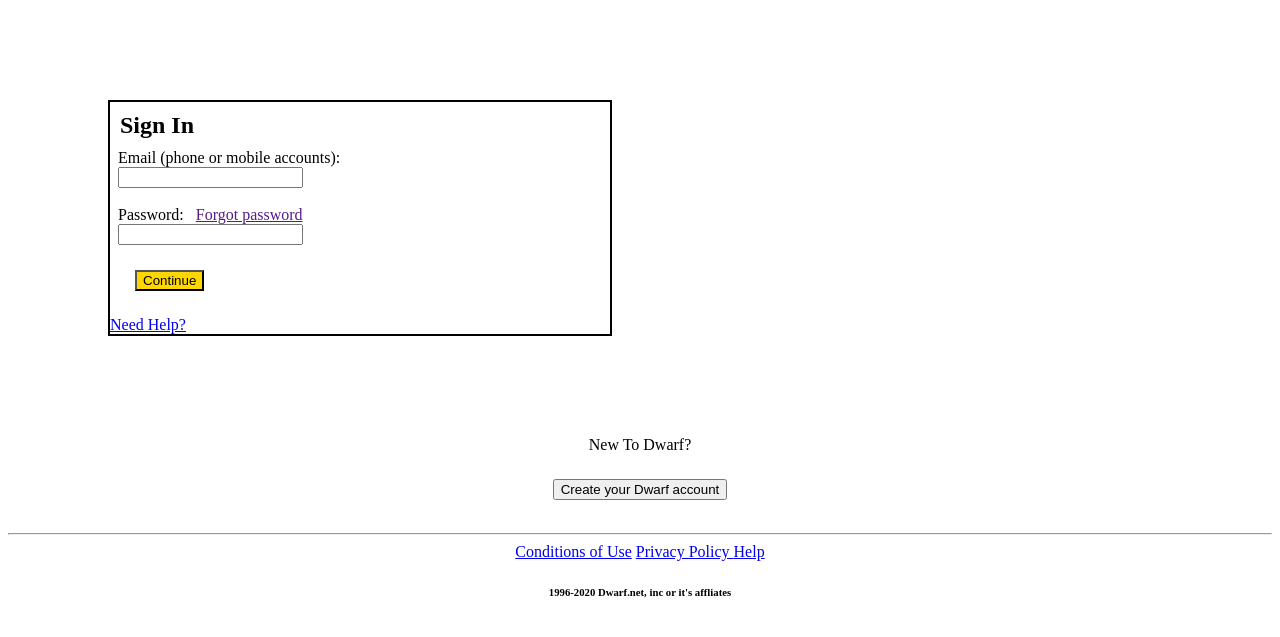
Repository: brittmarie333/replica
Page: index.html
These files come from the project's save history. The page is drawn as it stood at one moment and after the next save; the edit follows.
The browser window is 1280 px wide. The pictures show the whole page.

Above is the page before, as saved 2024-06-09 14:17:12.

### index.html
<!DOCTYPE html>
<html lang="en">
<head>
    <meta charset="UTF-8">
    <meta name="viewport" content="width=device-width, initial-scale=1.0">
    <link rel="stylesheet" href="index.css">
    <title>Log In</title>
</head>
<body>

    <form action="/data.php">
        <h2>Sign In</h2>
        <label for="username">&ensp;Email (phone or mobile accounts):</label><br>
        &ensp;<input type="text" id="fname" name="fname"><br>
        <br>
        <label for="pword">&ensp;Password: </label> &ensp;<text align="right"><a href="">Forgot password</a></text><br>
        &ensp;<input type="text" id="lname" name="lname" ><br>
        <button style= "background-color: gold";
        <button>Continue</button>
        <br>
        <a href="http">Need Help?</a>
      </form>




      New To Dwarf?
      <br>
      <button id="create">Create your Dwarf account</button>
      <br>
      <hr>
      <a href="http"> Conditions of Use</a>
      <a href="http"> Privacy Policy </a>
      <a href="http"> Help </a>
      <br>
      <h6> 1996-2020 Dwarf.net, inc or it's affliates</h6>


</body>
</html>

### index.css
h2  {
    text-align: left;
    margin: 10px;
}

body {
    text-align: center;
    align-items: center;
}
form{
    text-align:justify;
    border: 2px solid;
    border color: light grey;
    margin: 100px;
    width: 500px;

}
button{
    text-align: center;
    align-items: center;
    margin: 25px;

}

After the next save:
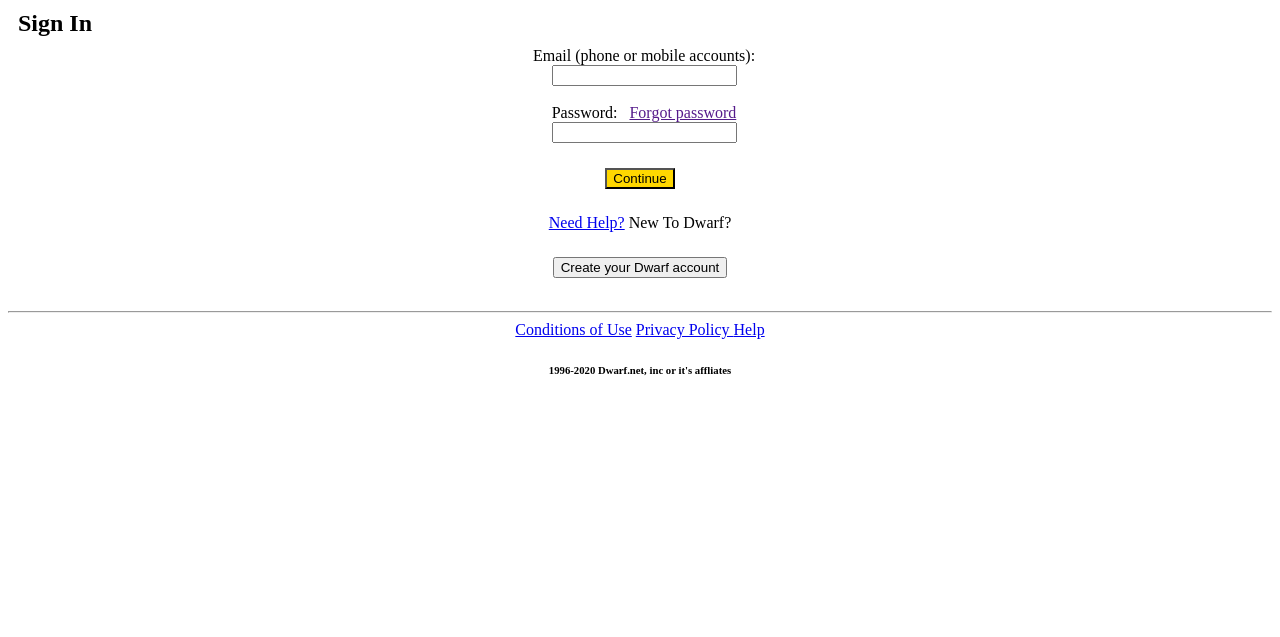
Saved 13 s later.
--- a/index.html
+++ b/index.html
@@ -7,7 +7,7 @@
     <title>Log In</title>
 </head>
 <body>
-
+    <center
     <form action="/data.php">
         <h2>Sign In</h2>
         <label for="username">&ensp;Email (phone or mobile accounts):</label><br>
